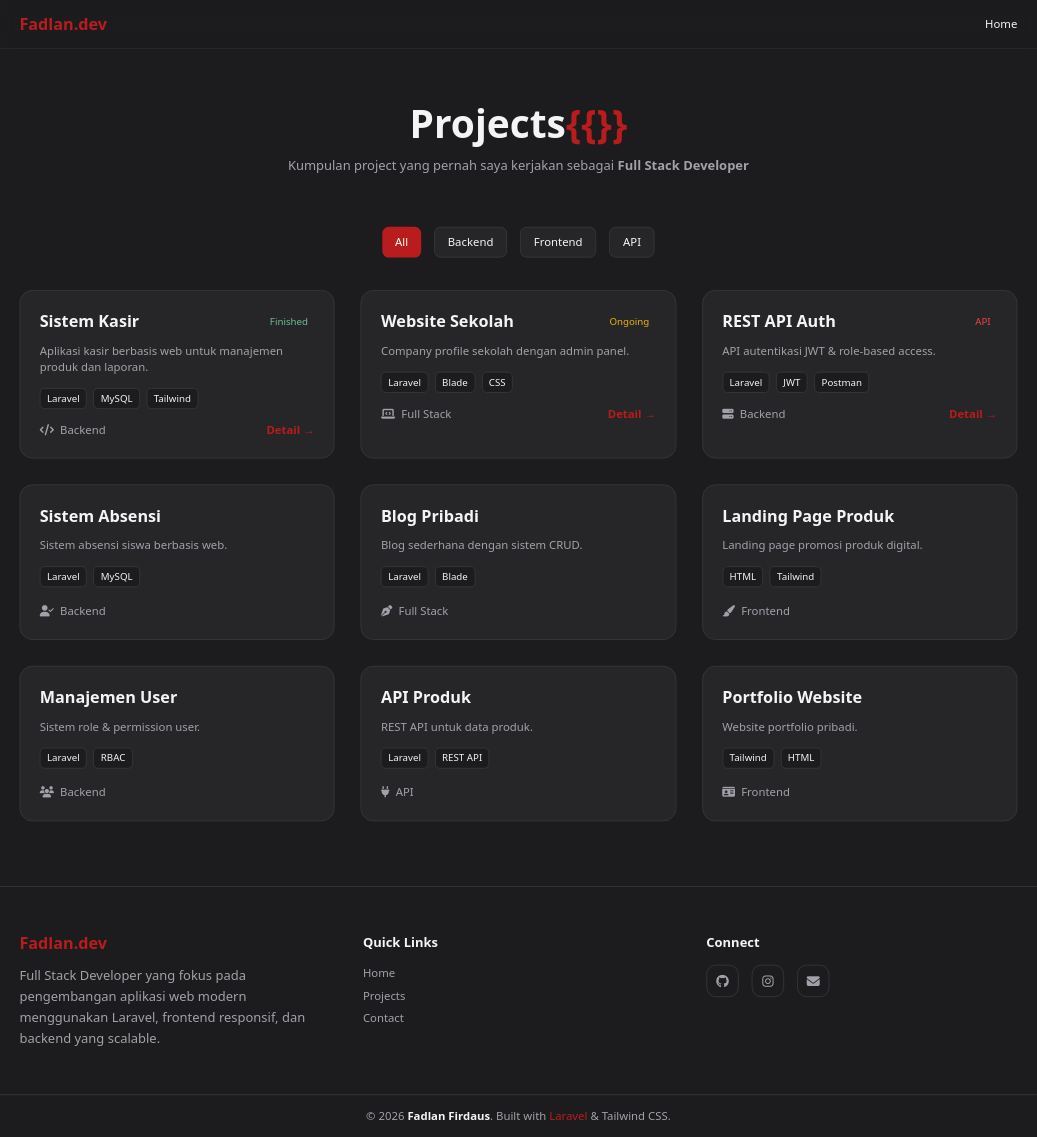
Repository: Fadlan079/Personal-Portfolio
Page: http://localhost/project
These files come from the project's save history. The page is drawn as it stood at one moment and after the next save; the edit follows.
The browser window is 1280 px wide. The pictures show the whole page, at 81% of full size.
Some web libraries are served in a nearby version. The page is served by the project's Laravel application, run on PHP 8.4 with Laravel 12. Other server files are loaded and not shown.

Above is the page before, as saved 2026-01-15 09:03:10.

### routes/web.php
<?php

use Illuminate\Support\Facades\Route;
use App\Http\Controllers\ProjectController;

// Route::get('/', function () {
//     return view('welcome');
// });

Route::get('/', function () {
    return view('portofolio');
});

// Route::get('/project', function () {
//     return view('project');
// });

Route::get('/project', [ProjectController::class, 'index']);

### app/Http/Controllers/ProjectController.php
<?php

namespace App\Http\Controllers;

use Illuminate\Http\Request;
use illuminate\view\project;

class ProjectController extends Controller
{
    public function index(){
     return view('project',
     [
        'nama' => 'Fadlan'
     ]);
    }
}

### resources/views/project.blade.php
<!DOCTYPE html>
<html lang="id">
<head>
  <meta charset="UTF-8" />
  <meta name="viewport" content="width=device-width, initial-scale=1.0" />
  <title>Projects | Fadlan</title>

  <!-- Tailwind -->
  <script src="https://cdn.tailwindcss.com"></script>

  <!-- Font Awesome -->
  <link rel="stylesheet" href="https://cdnjs.cloudflare.com/ajax/libs/font-awesome/6.5.1/css/all.min.css"/>

  <script>
    tailwind.config = {
      theme: {
        extend: {
          colors: {
            bg: 'var(--color-bg)',
            surface: 'var(--color-surface)',
            border: 'var(--color-border)',
            text: 'var(--color-text)',
            muted: 'var(--color-muted)',
            primary: 'var(--color-primary)',
            success: 'var(--color-success)',
            danger: 'var(--color-danger)',
            warning: 'var(--color-warning)',
          }
        }
      }
    }

  </script>

  <style>
    :root {
      --color-bg: #1c1c1e;
      --color-surface: #262629;
      --color-border: #3a3a3d;
      --color-text: #f4f4f5;
      --color-muted: #a1a1aa;
      --color-primary: #b91c1c;
      --color-success: #6fbf8f;
      --color-danger:  #ef4444;
      --color-warning: #eab308;
    }

    html {
      scroll-behavior: smooth;
    }
    .tag {
  padding: 0.25rem 0.5rem;
  background: var(--color-bg);
  border: 1px solid var(--color-border);
  border-radius: 0.375rem;
}

/* ===== Custom Scrollbar ===== */

/* Firefox */
* {
  scrollbar-width: thin;
  scrollbar-color: #ef4444 transparent; /* merah tailwind red-500 */
}

/* Chrome, Edge, Safari */
::-webkit-scrollbar {
  width: 10px;
}

::-webkit-scrollbar-track {
  background: transparent;
}

::-webkit-scrollbar-thumb {
  background: linear-gradient(
    180deg,
    #ef4444,
    #dc2626
  ); /* gradasi merah */
  border-radius: 999px;
  border: 2px solid transparent;
  background-clip: content-box;
}

::-webkit-scrollbar-thumb:hover {
  background: linear-gradient(
    180deg,
    #f87171,
    #ef4444
  );
}

  </style>
</head>

<body class="bg-bg text-text">

<!-- Navbar -->
<nav class="fixed w-full bg-bg/80 backdrop-blur border-b border-border z-50">
  <div class="max-w-7xl mx-auto px-6 py-4 flex justify-between items-center">
    <h1 class="text-xl font-bold text-primary">Fadlan.dev</h1>
    <ul class="flex gap-6 text-sm">
      <li class="relative group">
        <a href="/">Home</a>
        <span class="absolute left-0 -bottom-1 h-[2px] w-0 bg-primary transition-all group-hover:w-full"></span>
      </li>
    </ul>
  </div>
</nav>
<!-- Header -->
<header class="pt-32 pb-16 text-center">
  <h1 class="text-4xl md:text-5xl font-extrabold mb-4">
    Projects<span class="text-primary">{{}}</span>
  </h1>
  <p class="text-muted max-w-2xl mx-auto">
    Kumpulan project yang pernah saya kerjakan sebagai
    <strong>Full Stack Developer</strong>
  </p>
</header>

<!-- Filter -->
<section class="pb-10">
  <div class="max-w-6xl mx-auto px-6 flex justify-center gap-4 flex-wrap">
    <button class="px-4 py-2 bg-primary text-white rounded-lg text-sm">All</button>
    <button class="px-4 py-2 bg-surface border border-border rounded-lg text-sm hover:text-primary">Backend</button>
    <button class="px-4 py-2 bg-surface border border-border rounded-lg text-sm hover:text-primary">Frontend</button>
    <button class="px-4 py-2 bg-surface border border-border rounded-lg text-sm hover:text-primary">API</button>
  </div>
</section>

<!-- Projects List -->
<section class="pb-20">
  <div class="max-w-7xl mx-auto px-6 grid md:grid-cols-3 gap-8">

    <!-- 1 -->
    <div class="bg-surface border border-border rounded-2xl p-6 hover:-translate-y-2 transition">
      <div class="flex justify-between items-center mb-3">
        <h3 class="text-xl font-semibold">Sistem Kasir</h3>
        <span class="text-xs px-2 py-1 rounded bg-success/20 text-success">Finished</span>
      </div>
      <p class="text-muted text-sm mb-4">
        Aplikasi kasir berbasis web untuk manajemen produk dan laporan.
      </p>
      <div class="flex flex-wrap gap-2 text-xs mb-4">
        <span class="tag">Laravel</span><span class="tag">MySQL</span><span class="tag">Tailwind</span>
      </div>
      <div class="flex justify-between text-sm">
        <span class="text-muted"><i class="fa-solid fa-code mr-1"></i> Backend</span>
        <a href="#" class="text-primary font-semibold hover:underline">Detail →</a>
      </div>
    </div>

    <!-- 2 -->
    <div class="bg-surface border border-border rounded-2xl p-6 hover:-translate-y-2 transition">
      <div class="flex justify-between items-center mb-3">
        <h3 class="text-xl font-semibold">Website Sekolah</h3>
        <span class="text-xs px-2 py-1 rounded bg-warning/20 text-warning">Ongoing</span>
      </div>
      <p class="text-muted text-sm mb-4">
        Company profile sekolah dengan admin panel.
      </p>
      <div class="flex flex-wrap gap-2 text-xs mb-4">
        <span class="tag">Laravel</span><span class="tag">Blade</span><span class="tag">CSS</span>
      </div>
      <div class="flex justify-between text-sm">
        <span class="text-muted"><i class="fa-solid fa-laptop-code mr-1"></i> Full Stack</span>
        <a href="#" class="text-primary font-semibold hover:underline">Detail →</a>
      </div>
    </div>

    <!-- 3 -->
    <div class="bg-surface border border-border rounded-2xl p-6 hover:-translate-y-2 transition">
      <div class="flex justify-between items-center mb-3">
        <h3 class="text-xl font-semibold">REST API Auth</h3>
        <span class="text-xs px-2 py-1 rounded bg-danger/20 text-danger">API</span>
      </div>
      <p class="text-muted text-sm mb-4">
        API autentikasi JWT & role-based access.
      </p>
      <div class="flex flex-wrap gap-2 text-xs mb-4">
        <span class="tag">Laravel</span><span class="tag">JWT</span><span class="tag">Postman</span>
      </div>
      <div class="flex justify-between text-sm">
        <span class="text-muted"><i class="fa-solid fa-server mr-1"></i> Backend</span>
        <a href="#" class="text-primary font-semibold hover:underline">Detail →</a>
      </div>
    </div>

    <!-- 4 -->
    <div class="bg-surface border border-border rounded-2xl p-6 hover:-translate-y-2 transition">
      <h3 class="text-xl font-semibold mb-3">Sistem Absensi</h3>
      <p class="text-muted text-sm mb-4">
        Sistem absensi siswa berbasis web.
      </p>
      <div class="flex flex-wrap gap-2 text-xs mb-4">
        <span class="tag">Laravel</span><span class="tag">MySQL</span>
      </div>
      <span class="text-muted text-sm"><i class="fa-solid fa-user-check mr-1"></i> Backend</span>
    </div>

    <!-- 5 -->
    <div class="bg-surface border border-border rounded-2xl p-6 hover:-translate-y-2 transition">
      <h3 class="text-xl font-semibold mb-3">Blog Pribadi</h3>
      <p class="text-muted text-sm mb-4">
        Blog sederhana dengan sistem CRUD.
      </p>
      <div class="flex flex-wrap gap-2 text-xs mb-4">
        <span class="tag">Laravel</span><span class="tag">Blade</span>
      </div>
      <span class="text-muted text-sm"><i class="fa-solid fa-pen-nib mr-1"></i> Full Stack</span>
    </div>

    <!-- 6 -->
    <div class="bg-surface border border-border rounded-2xl p-6 hover:-translate-y-2 transition">
      <h3 class="text-xl font-semibold mb-3">Landing Page Produk</h3>
      <p class="text-muted text-sm mb-4">
        Landing page promosi produk digital.
      </p>
      <div class="flex flex-wrap gap-2 text-xs mb-4">
        <span class="tag">HTML</span><span class="tag">Tailwind</span>
      </div>
      <span class="text-muted text-sm"><i class="fa-solid fa-paintbrush mr-1"></i> Frontend</span>
    </div>

    <!-- 7 -->
    <div class="bg-surface border border-border rounded-2xl p-6 hover:-translate-y-2 transition">
      <h3 class="text-xl font-semibold mb-3">Manajemen User</h3>
      <p class="text-muted text-sm mb-4">
        Sistem role & permission user.
      </p>
      <div class="flex flex-wrap gap-2 text-xs mb-4">
        <span class="tag">Laravel</span><span class="tag">RBAC</span>
      </div>
      <span class="text-muted text-sm"><i class="fa-solid fa-users mr-1"></i> Backend</span>
    </div>

    <!-- 8 -->
    <div class="bg-surface border border-border rounded-2xl p-6 hover:-translate-y-2 transition">
      <h3 class="text-xl font-semibold mb-3">API Produk</h3>
      <p class="text-muted text-sm mb-4">
        REST API untuk data produk.
      </p>
      <div class="flex flex-wrap gap-2 text-xs mb-4">
        <span class="tag">Laravel</span><span class="tag">REST API</span>
      </div>
      <span class="text-muted text-sm"><i class="fa-solid fa-plug mr-1"></i> API</span>
    </div>

    <!-- 9 -->
    <div class="bg-surface border border-border rounded-2xl p-6 hover:-translate-y-2 transition">
      <h3 class="text-xl font-semibold mb-3">Portfolio Website</h3>
      <p class="text-muted text-sm mb-4">
        Website portfolio pribadi.
      </p>
      <div class="flex flex-wrap gap-2 text-xs mb-4">
        <span class="tag">Tailwind</span><span class="tag">HTML</span>
      </div>
      <span class="text-muted text-sm"><i class="fa-solid fa-id-card mr-1"></i> Frontend</span>
    </div>

  </div>
</section>


<!-- Footer -->
<footer class="relative border-t border-border bg-bg">
  <!-- Glow -->
  <div class="absolute inset-0 -z-10">
    <div class="absolute bottom-0 left-1/2 -translate-x-1/2
                w-[400px] h-[400px]
                bg-primary/20 blur-[120px] rounded-full"></div>
  </div>

  <div class="max-w-7xl mx-auto px-6 py-14 grid gap-10 md:grid-cols-3">

    <!-- Brand -->
    <div>
      <h3 class="text-xl font-bold text-primary mb-3">Fadlan.dev</h3>
      <p class="text-muted leading-relaxed">
        Full Stack Developer yang fokus pada pengembangan
        aplikasi web modern menggunakan Laravel,
        frontend responsif, dan backend yang scalable.
      </p>
    </div>

    <!-- Quick Links -->
    <div>
      <h4 class="font-semibold mb-4 text-text">Quick Links</h4>
      <ul class="space-y-2 text-muted text-sm">
        <li>
          <a href="#home" class="hover:text-primary transition">Home</a>
        </li>
        <li>
          <a href="#projects" class="hover:text-primary transition">Projects</a>
        </li>
        <li>
          <a href="#contact" class="hover:text-primary transition">Contact</a>
        </li>
      </ul>
    </div>

    <!-- Social -->
    <div>
      <h4 class="font-semibold mb-4 text-text">Connect</h4>
      <div class="flex gap-4">
        <a href="https://github.com/Fadlan079" target="_blank"
           class="w-10 h-10 rounded-xl border border-border
                  flex items-center justify-center
                  text-muted hover:text-primary hover:border-primary
                  transition">
          <i class="fa-brands fa-github"></i>
        </a>
        <a href="https://instagram.com/fdln007" target="_blank"
           class="w-10 h-10 rounded-xl border border-border
                  flex items-center justify-center
                  text-muted hover:text-primary hover:border-primary
                  transition">
          <i class="fa-brands fa-instagram"></i>
        </a>
        <a href="mailto:fadlanfirdaus220@gmail.com"
           class="w-10 h-10 rounded-xl border border-border
                  flex items-center justify-center
                  text-muted hover:text-primary hover:border-primary
                  transition">
          <i class="fa-solid fa-envelope"></i>
        </a>
      </div>
    </div>

  </div>

  <!-- Bottom -->
  <div class="border-t border-border text-center py-4 text-muted text-sm">
    © 2026 <span class="text-text font-semibold">Fadlan Firdaus</span>.
    Built with <span class="text-primary">Laravel</span> & Tailwind CSS.
  </div>
</footer>
</body>
</html>

Loaded but not shown: app/Http/Controllers/Controller.php (common file)

After the next save:
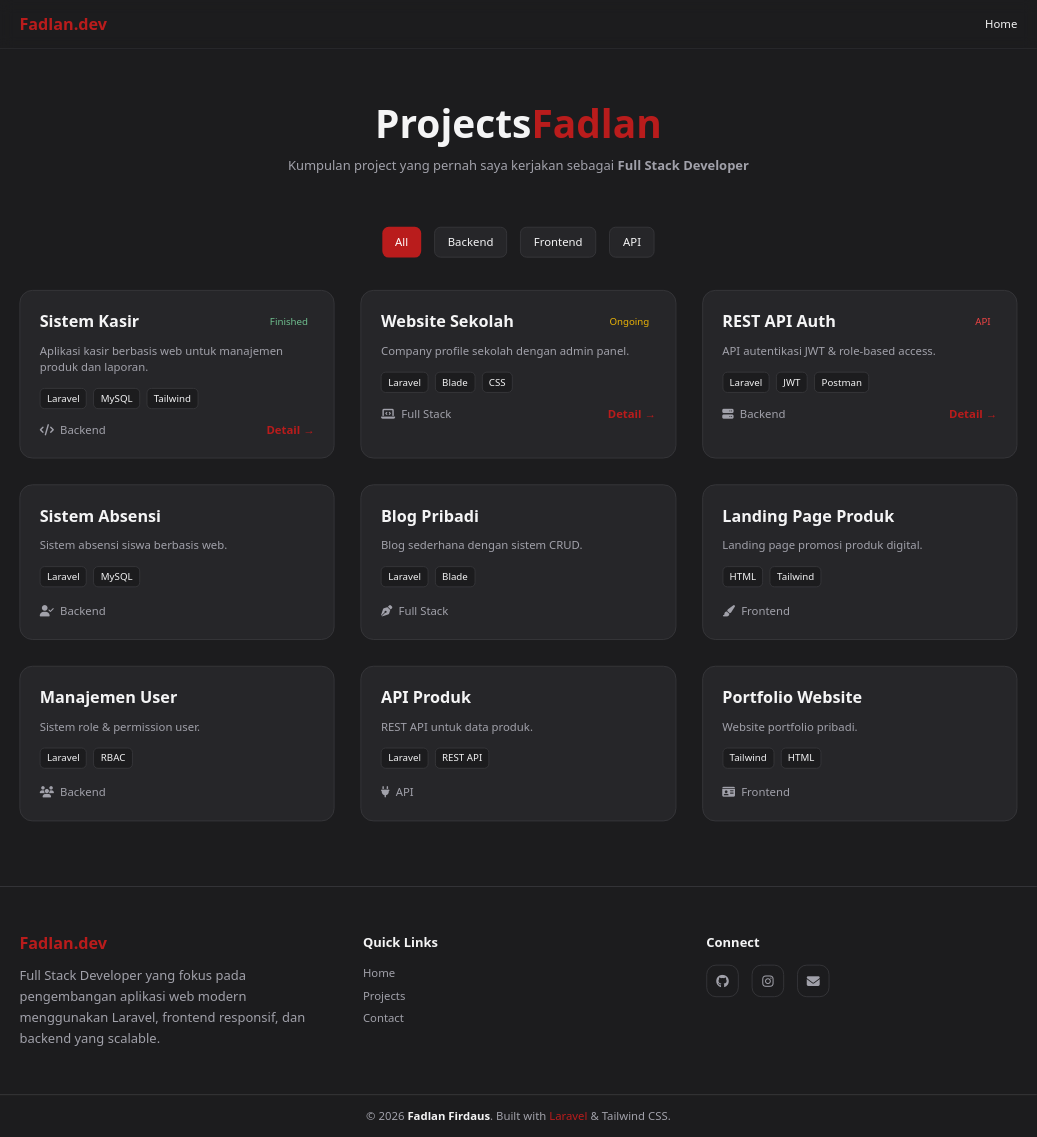
Saved 6 s later.
--- a/resources/views/project.blade.php
+++ b/resources/views/project.blade.php
@@ -111,7 +111,7 @@
 <!-- Header -->
 <header class="pt-32 pb-16 text-center">
   <h1 class="text-4xl md:text-5xl font-extrabold mb-4">
-    Projects<span class="text-primary">{{}}</span>
+    Projects<span class="text-primary">{{$nama}}</span>
   </h1>
   <p class="text-muted max-w-2xl mx-auto">
     Kumpulan project yang pernah saya kerjakan sebagai
